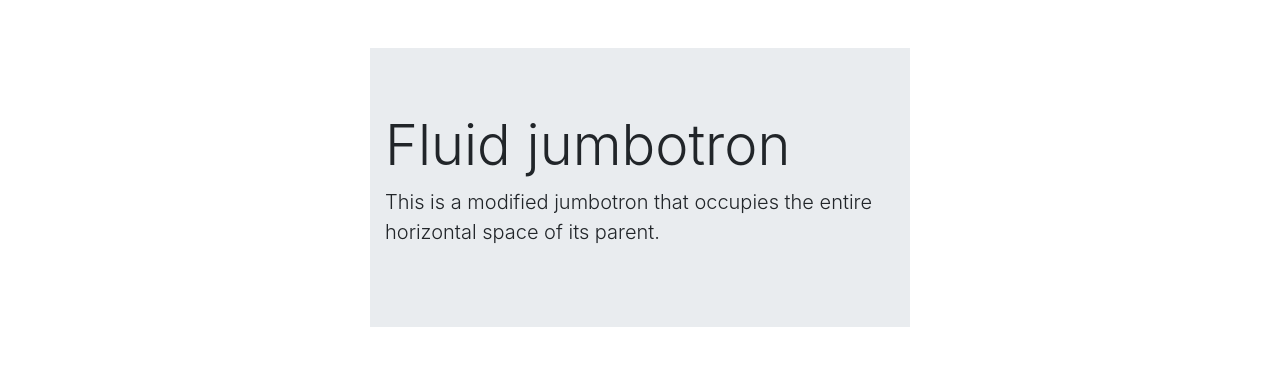
Repository: nguyenan97/todo-app-react
Page: / (app in todo-app/)
The author's editor kept a copy of each file at every save. The page is drawn from the files as they stood at one save, then again after the next save.
The browser window is 1280 px wide. The pictures show the whole page.
The project was rebuilt for these pictures with package versions that can differ from the ones it lists, and the page was loaded fresh each time. Also part of the build but not shown: todo-app/src/App.css.

Above is the page before, as saved 2019-12-27 12:24:18.

After the next save:
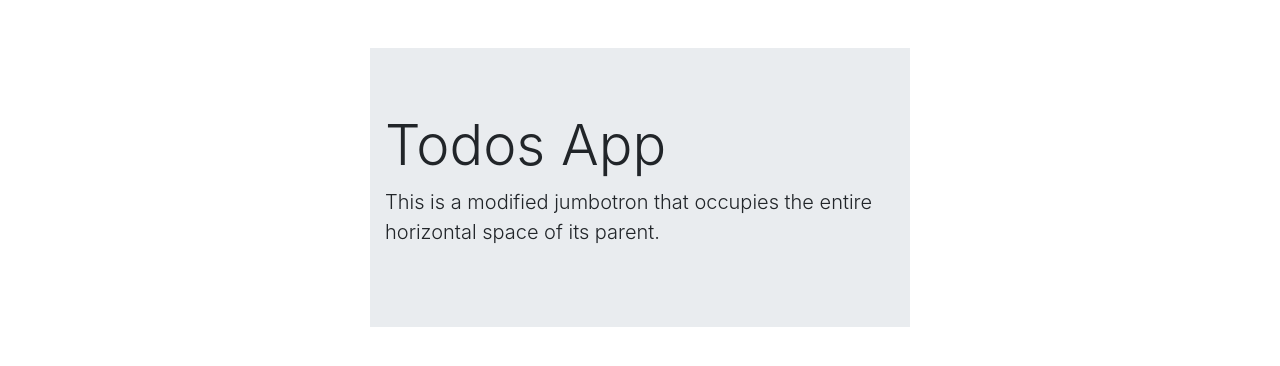
Saved 55 s later.
--- a/todo-app/src/App.js
+++ b/todo-app/src/App.js
@@ -5,7 +5,7 @@ function App() {
   return (
     <div className="jumbotron jumbotron-fluid">
       <div className="container">
-        <h1 className="display-4">Fluid jumbotron</h1>
+        <h1 className="display-4">Todos App</h1>
         <p className="lead">This is a modified jumbotron that occupies the entire horizontal space of its parent.</p>
       </div>
     </div>
